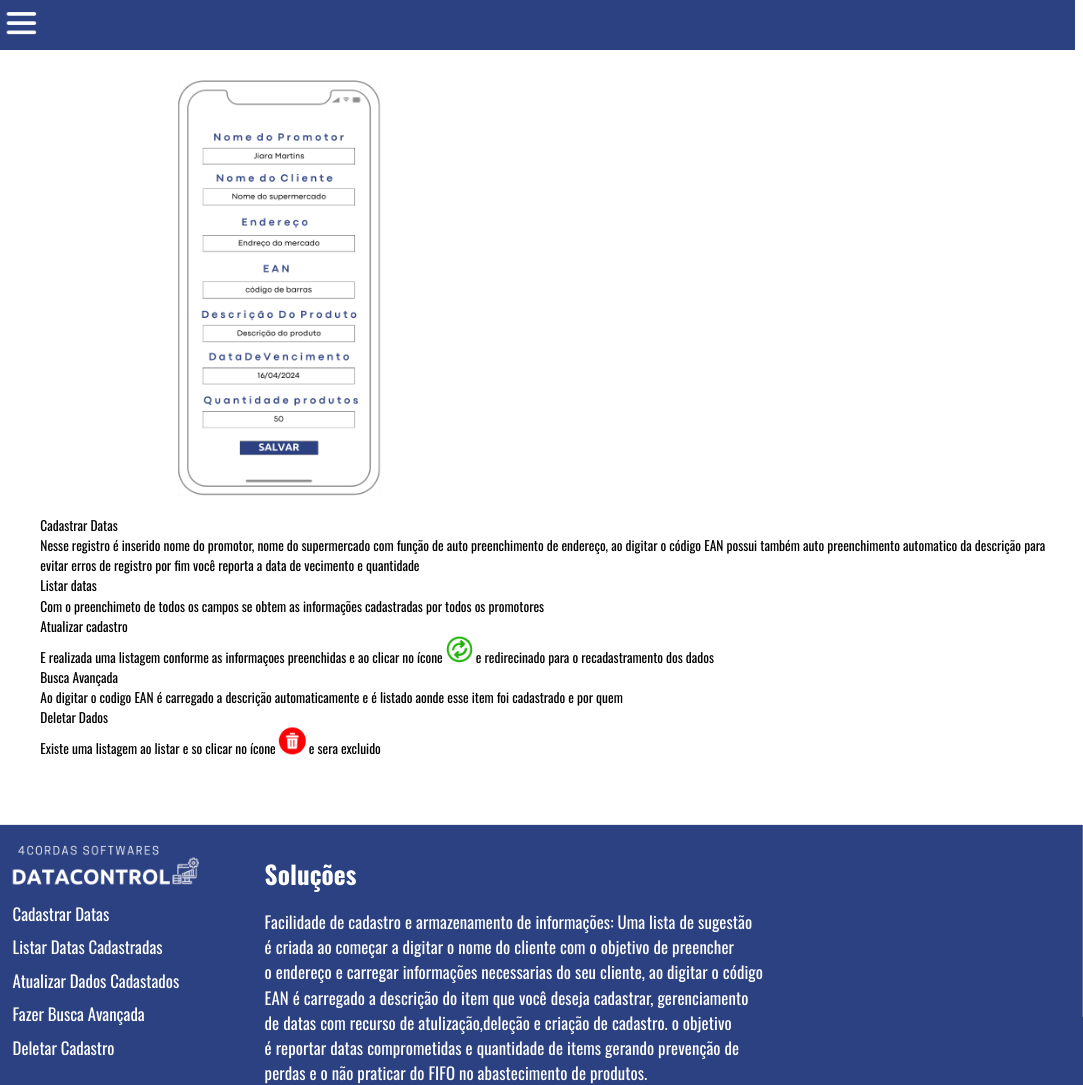
Repository: alfredo-allan/ControleDeDatasFrontEnd
Page: index.html
These files come from the project's save history. The page is drawn as it stood at one moment and after a run of saves; the edit follows.
The browser window is 1280 px wide. The page is 1289 px wide, so the pictures cover 1289 px, including what lies to the right of the window. The pictures show the whole page, at 84% of full size.

Above is the page before, as saved 2024-04-30 14:28:11.
Console error: TypeError: Cannot read properties of null (reading 'addEventListener')

After the next 3 saves:
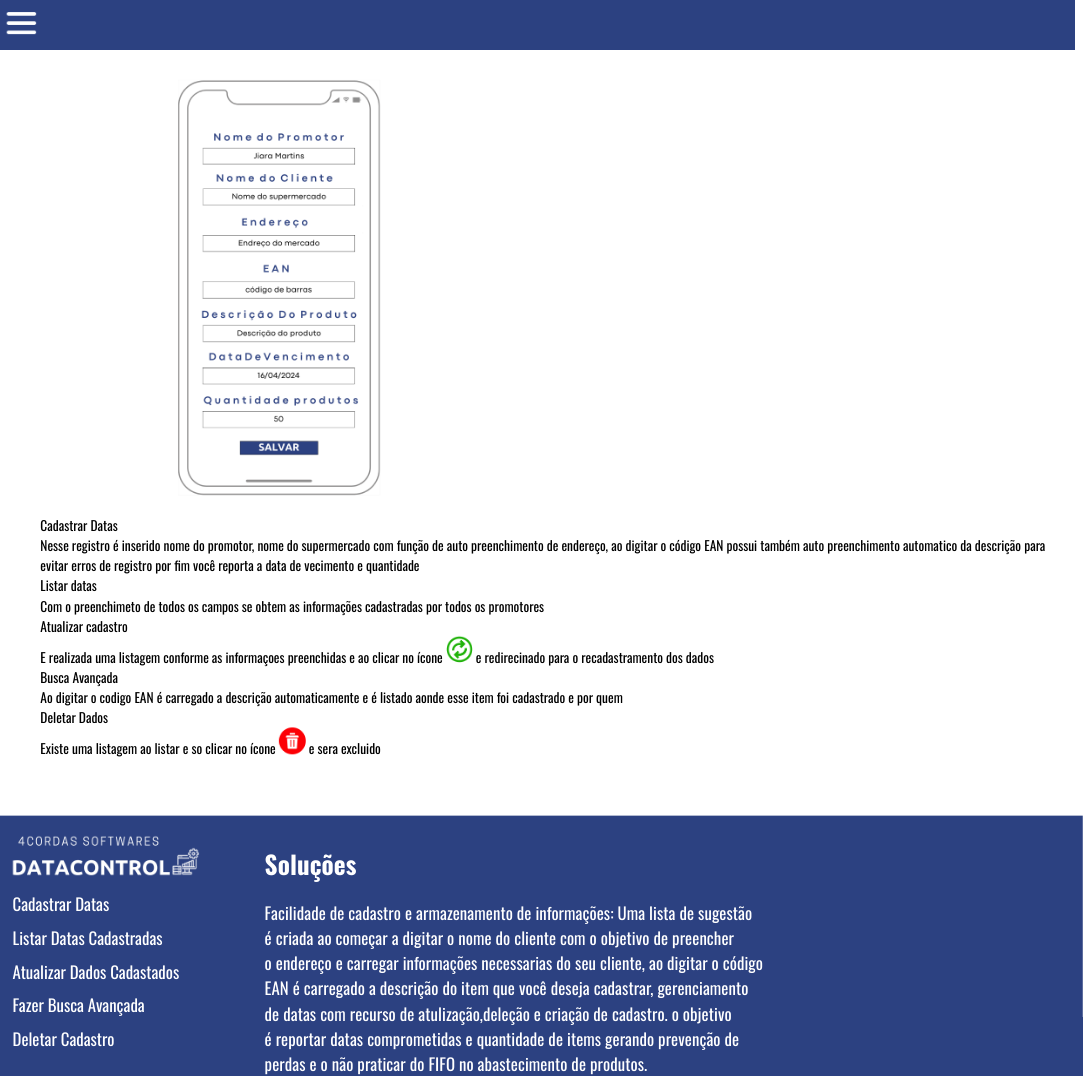
The 3 saves are shown as one change because they came seconds apart.
The last was saved 8 s later.
--- a/style/style.css
+++ b/style/style.css
@@ -449,6 +449,6 @@ button:focus {
     list-style: none;
   }
   ul {
-    pa
-  }
-}
+    margin-bottom: 5px;
+  }
+}
